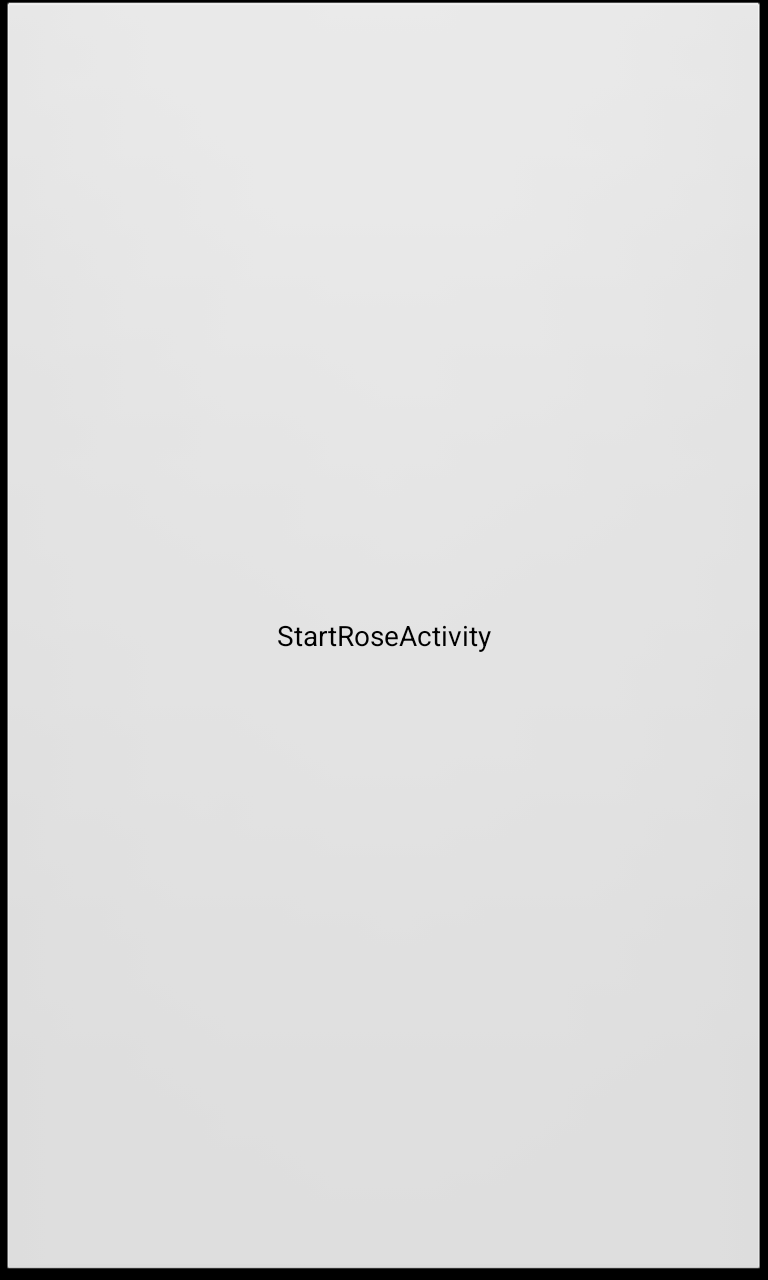
Repository: pure2004/test1
Layout: ActivityCourseAPI10/res/layout/layout_lifecyccleactivity.xml
These files come from the project's save history. The layout is drawn as it stood at one moment and after the next save; the edit follows.
It is drawn on a 768 x 1280 px phone screen (xhdpi) without system bars, with theme android:Theme; the app's code is not run.

Above is the layout before, as saved 2016-02-08 06:18:18.

### ActivityCourseAPI10/res/layout/layout_lifecyccleactivity.xml
<?xml version="1.0" encoding="utf-8"?>
<LinearLayout xmlns:android="http://schemas.android.com/apk/res/android"
    android:layout_width="match_parent"
    android:layout_height="match_parent"
    android:orientation="vertical" >

    <Button
        android:id="@+id/buttonStartRoseActivity"
        android:layout_width="match_parent"
        android:layout_height="match_parent"
        android:text="StartRoseActivity" />
	<Button
        android:id="@+id/buttonStartPartActivity"
        android:layout_width="match_parent"
        android:layout_height="match_parent"
        android:text="StartPartActivity" />

	<Button
	    android:id="@+id/buttonDialog"
	    style="?android:attr/buttonStyleSmall"
	    android:layout_width="match_parent"
	    android:layout_height="match_parent"
	    android:text="Dialog" />

</LinearLayout>

After the next save:
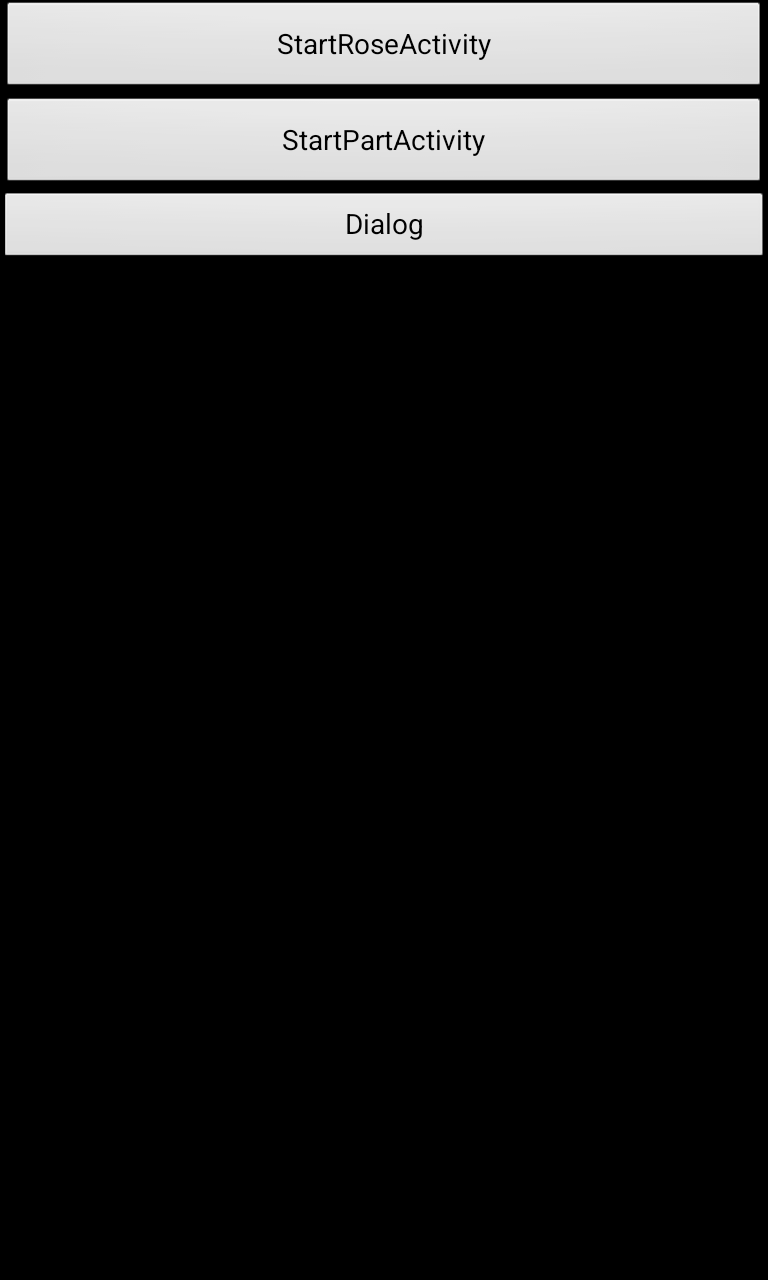
Saved 70 s later.
--- a/ActivityCourseAPI10/res/layout/layout_lifecyccleactivity.xml
+++ b/ActivityCourseAPI10/res/layout/layout_lifecyccleactivity.xml
@@ -7,19 +7,19 @@
     <Button
         android:id="@+id/buttonStartRoseActivity"
         android:layout_width="match_parent"
-        android:layout_height="match_parent"
+        android:layout_height="wrap_content"
         android:text="StartRoseActivity" />
 	<Button
         android:id="@+id/buttonStartPartActivity"
         android:layout_width="match_parent"
-        android:layout_height="match_parent"
+        android:layout_height="wrap_content"
         android:text="StartPartActivity" />
 
 	<Button
 	    android:id="@+id/buttonDialog"
 	    style="?android:attr/buttonStyleSmall"
 	    android:layout_width="match_parent"
-	    android:layout_height="match_parent"
+	    android:layout_height="wrap_content"
 	    android:text="Dialog" />
 
 </LinearLayout>
